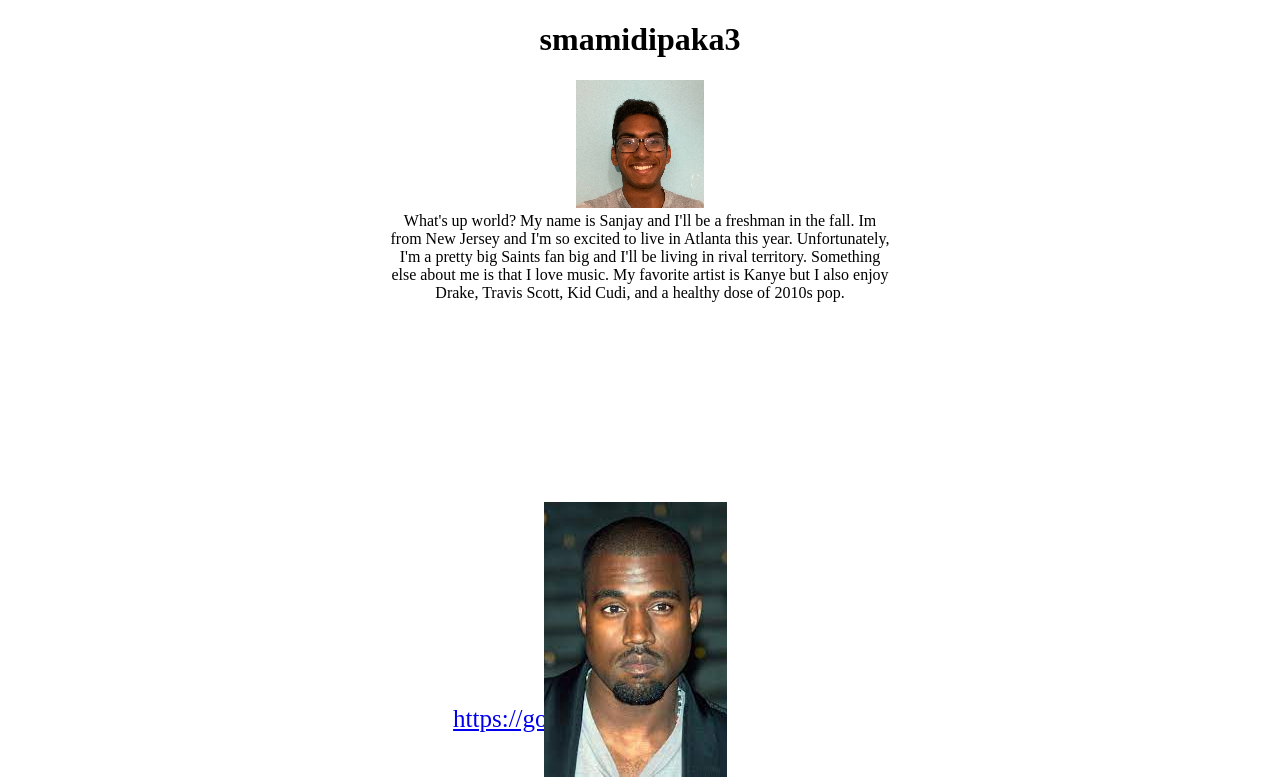
Repository: sanjayMamidipaka/cs1301
Page: lab01/index.html
These files come from the project's save history. The page is drawn as it stood at one moment and after the next save; the edit follows.
The browser window is 1280 px wide. The pictures show the whole page.

Above is the page before, as saved 2021-07-22 16:17:28.

After the next save:
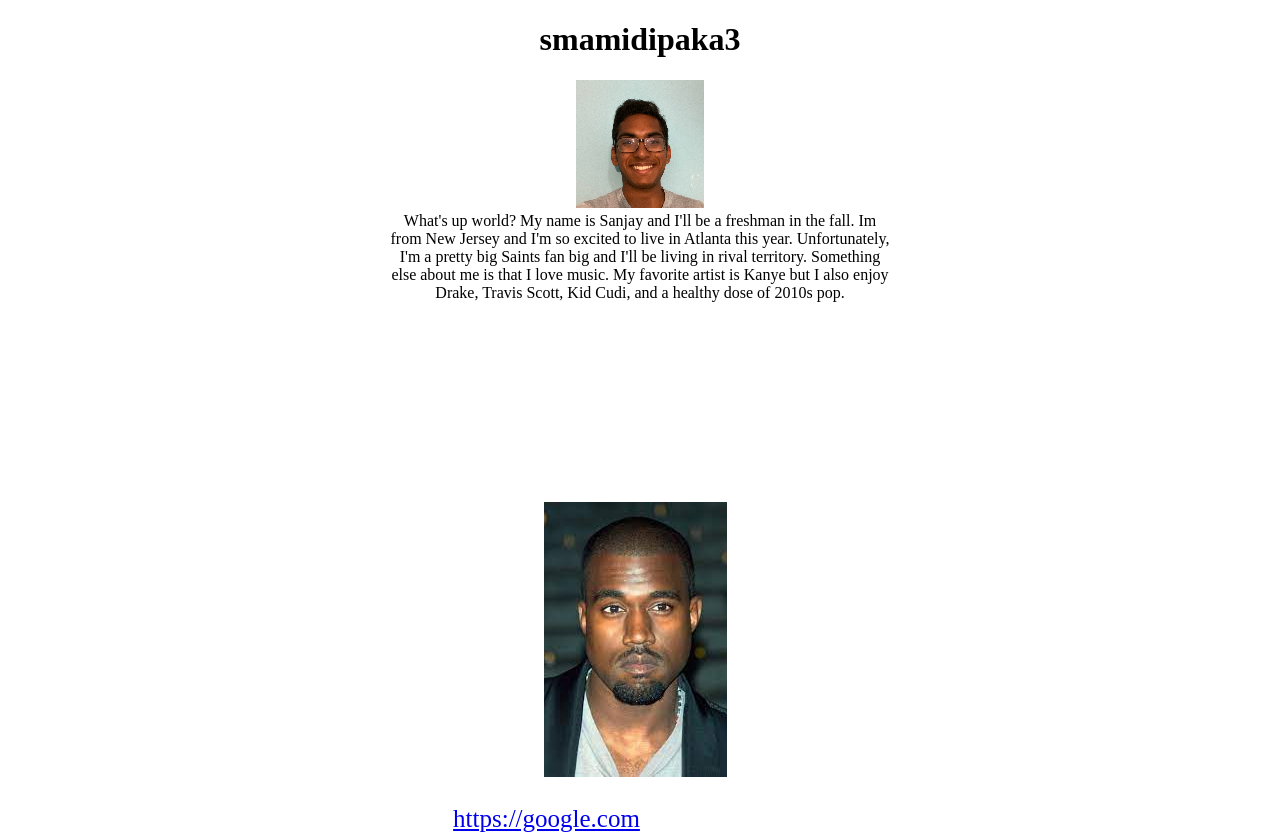
Saved 10 s later.
--- a/lab01/style.css
+++ b/lab01/style.css
@@ -11,7 +11,7 @@
 .link {
     font-size: 25px;
     position: relative;
-    top: 150px;
+    top: 250px;
 }
 
 .kanye {
